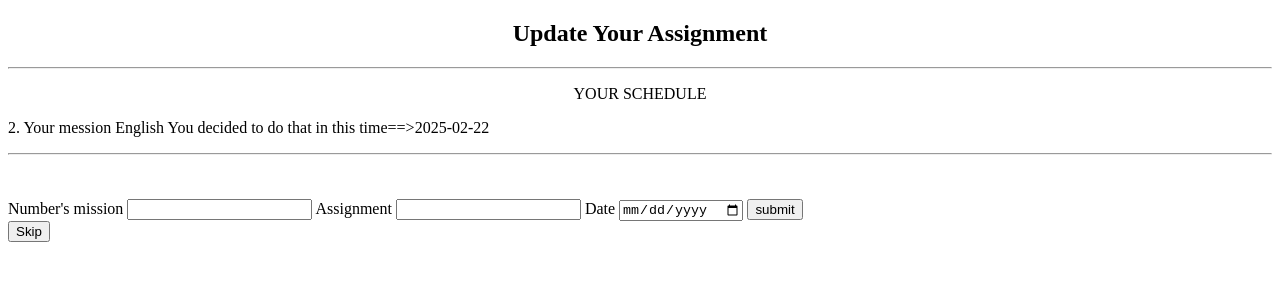
Repository: marawan200311-dev/To-Do-List-
Page: http://localhost/update_page
These files come from the project's save history. The page is drawn as it stood at one moment and after the next save; the edit follows.
The browser window is 1280 px wide. The pictures show the whole page.
The page is served by the project's application, run on Flask 3 (app.py). The page reads the database file committed with the project.

Above is the page before, as saved 2025-11-22 06:44:09.
Console error: TypeError: Cannot read properties of null (reading 'addEventListener')

### templates/update.html
{%extends 'base.html'%}
{%block head%}
<title>update page</title>
{%endblock%}
{%block body%}
<h2 class="logo_of_update">Update Your Assignment</h2>
<hr>
<div>
  <p class="update_schedule">YOUR SCHEDULE </p>
  {% if data %}
    {% for item in data %}
        <p>{{ item }}</p>
    {% endfor %}
{% else %}
    <p>You haven't added anything yet to updata :)!</p>
{% endif %}
</div>
<hr><br><br>
<form action="/update_new_assignment" method="POST">
    <label for="ID">Number's mission</label>
    <input type="number" name="id" value="{{id}}">
    <label for="assignment">Assignment</label>
    <input type="text" name="assignment" value="{{assignment}}" id="assignment">
    <label for="date">Date</label>
    <input type="date" name="date" value="{{date}}">
     <button type="submit">submit</button>
</form>
<button class="Skip_update">Skip</button>
{%endblock%}

### templates/base.html
<!DOCTYPE html>
<html lang="en">
  <head>
    <meta charset="UTF-8">
    <meta name="viewport" content="width=device-width, initial-scale=1.0">
    <link
      rel="stylesheet"
      href="{{url_for('static', filename='css/style.css')}}"
    />

    {%block head %}{%endblock%}
  </head>
  <body>
    {%block body %} {%endblock%}
    <script src="{{url_for('static',filename='js/main.js')}}"></script>
  </body>
</html>

### app.py
from flask import Flask, render_template ,url_for,request,redirect
import sqlite3
import os
db_py=os.path.join(os.path.dirname(__file__),'instance', 'data.db')
from instance.databas import initialise_data, add_data, show_up,delete,update




app= Flask(__name__)
@app.route('/')
def index():
  return render_template('index.html')
#_____________ADD_______________
@app.route('/add_page')
def add_page():
    return render_template('add.html')

@app.route('/add_assignment' ,methods=['POST'])
def assignment ():
   assignment=request.form['assignment']
   date= request.form['date']
   add_data(assignment,date)
   return render_template('add.html')

@app.route('/skip')
def skip ():
   return redirect('/')
#__________________________________

#_____________DELETE______________
@app.route('/delete_page')
def delete_page():
    data=show_up()
    return render_template('delete.html', schedule=data)

@app.route("/delet_form" , methods=['POST'])
def delete_mission():
    id_of_mission=int(request.form['number'])
    delete(id_of_mission)
    data=show_up()
    return render_template('delete.html',schedule=data)

@app.route('/skip_delete')
def skip_delete():
   return redirect('/')

#___________________________________________

#__________UPDATE_____________________
@app.route('/update_page')
def update_index():
    data=show_up()
    return render_template('update.html',data=data)
@app.route('/update_new_assignment' , methods=['POST'])
def update_data():
    id  = int(request.form['id'])
    new_assignment = request.form.get('assignment')
    new_date =  request.form.get('date')
    update(id,new_assignment,new_date)
    data = show_up()
    return render_template('/update.html', data=data)
@app.route('/skip_update')
def skip_button():
    return redirect('/')
#__________________________________________

#________SHOW_________________
@app.route('/show_page')
def show_page():
    data=show_up()
    return render_template('show.html', schedule=data)
@app.route('/skip_show')
def skip_show():
    return redirect('/')


if __name__=="__main__":
      app.run(debug=True)

### instance/databas.py
import sqlite3
import os

def initialise_data():
  connect = sqlite3.connect('data.db')
  cursor= connect.cursor()

  cursor.execute('''
  CREATE TABLE IF NOT EXISTS user_assignment( id INTEGER PRIMARY KEY AUTOINCREMENT,
  assignment TEXT NOT NULL ,
date TEXT )
''')





def add_data(assignment,date):
   connect = sqlite3.connect('data.db')
   cursor= connect.cursor()
   cursor.execute('INSERT INTO user_assignment (assignment,date) VALUES(?,?)', (assignment,date))
   connect.commit()
   connect.close()

def show_up():
  connect = sqlite3.connect('data.db')
  cursor= connect.cursor()

  cursor.execute('SELECT * FROM user_assignment')
  all_date = cursor.fetchall()

  schedule=[]
  for data in all_date:
    schedule.append(f'{data[0]}. Your mession {data[1]} You decided to do that in this time==>{data[2]}')
  if len(schedule)==0 :
    print('The user does not add anything :)')
  return schedule


def delete (assignmentNumber):
  connect = sqlite3.connect('data.db')
  cursor= connect.cursor()

  cursor.execute('SELECT * FROM user_assignment WHERE id=?', (assignmentNumber,))
  row= cursor.fetchone()
  if row is None:
   return f"This {row} doesn't valid "
  cursor.execute('DELETE FROM user_assignment WHERE id = ? ', (assignmentNumber,))
  connect.commit()
  connect.close()
  return True

def update(id,assignment,date):
  connect = sqlite3.connect('data.db')
  cursor= connect.cursor()
  cursor.execute('''UPDATE user_assignment SET assignment=?, date=? WHERE id=?''',(assignment, date, id))
  connect.commit()
  connect.close()














initialise_data()

### static/css/style.css
.h1{
  text-align: center;
  border-bottom: 2px solid black;
}

#text_add {
   display: inline;
}
#text_update{
  display: inline;
}

#text_show{
  display: inline;
}
#text_delete{
  display: inline;
}
.Show{
  text-align: center;

}
.Delete_logo{
  text-align: center;
}
.logo_of_update{
  text-align: center;
}

.update_schedule{
  text-align: center;
  border-bottom:3px black ;
}

### static/js/main.js
document.addEventListener('DOMContentLoaded', () => {
    const skipButton = document.querySelector('.Skip');
    if(skipButton){
        skipButton.addEventListener('click', () => {
            window.location = '/skip';
        });
    }
});

const skip_showButton=document.querySelector('.Skip_Show');
if(skip_showButton){
    skip_showButton.addEventListener('click',()=>{
        window.location ='/skip_show';
    });
}

const skip_deleteButton=document.querySelector('.Skip_delete')
if(skip_deleteButton){
    skip_deleteButton.addEventListener('click',()=>{
        window.location ='/skip_delete'
    });
}


const addButton = document.querySelector('.Add');


addButton.addEventListener('click', () => {

    window.open('/add_page', '_blank');
});



addButton.addEventListener('click', () => {

    window.open('/add_page', '_blank');
});



const deletButton= document.querySelector('.Delete');

deletButton.addEventListener('click' , () => {
window.open('/delete_page','_blank')
});





const ubdateButton = document.querySelector('.Update')
ubdateButton.addEventListener('click', ()=> {
window.open('/update_page','_blank')

});








const showButton = document.querySelector('.Show')
showButton.addEventListener('click',()=>{
window.open('/show_page','_blank')
});

### data.db (the tables this page reads, as SQL)
CREATE TABLE user_assignment( id INTEGER PRIMARY KEY AUTOINCREMENT,
  assignment TEXT NOT NULL ,
date TEXT );
INSERT INTO "user_assignment" VALUES
(2, 'English', '2025-02-22');

After the next save:
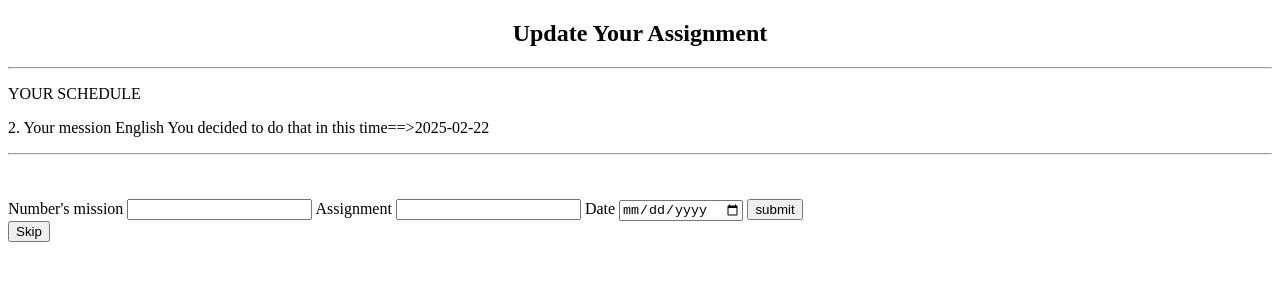
Saved 55 s later.
--- a/templates/update.html
+++ b/templates/update.html
@@ -6,7 +6,7 @@
 <h2 class="logo_of_update">Update Your Assignment</h2>
 <hr>
 <div>
-  <p class="update_schedule">YOUR SCHEDULE </p>
+  <p class="Update_schedule">YOUR SCHEDULE </p>
   {% if data %}
     {% for item in data %}
         <p>{{ item }}</p>
